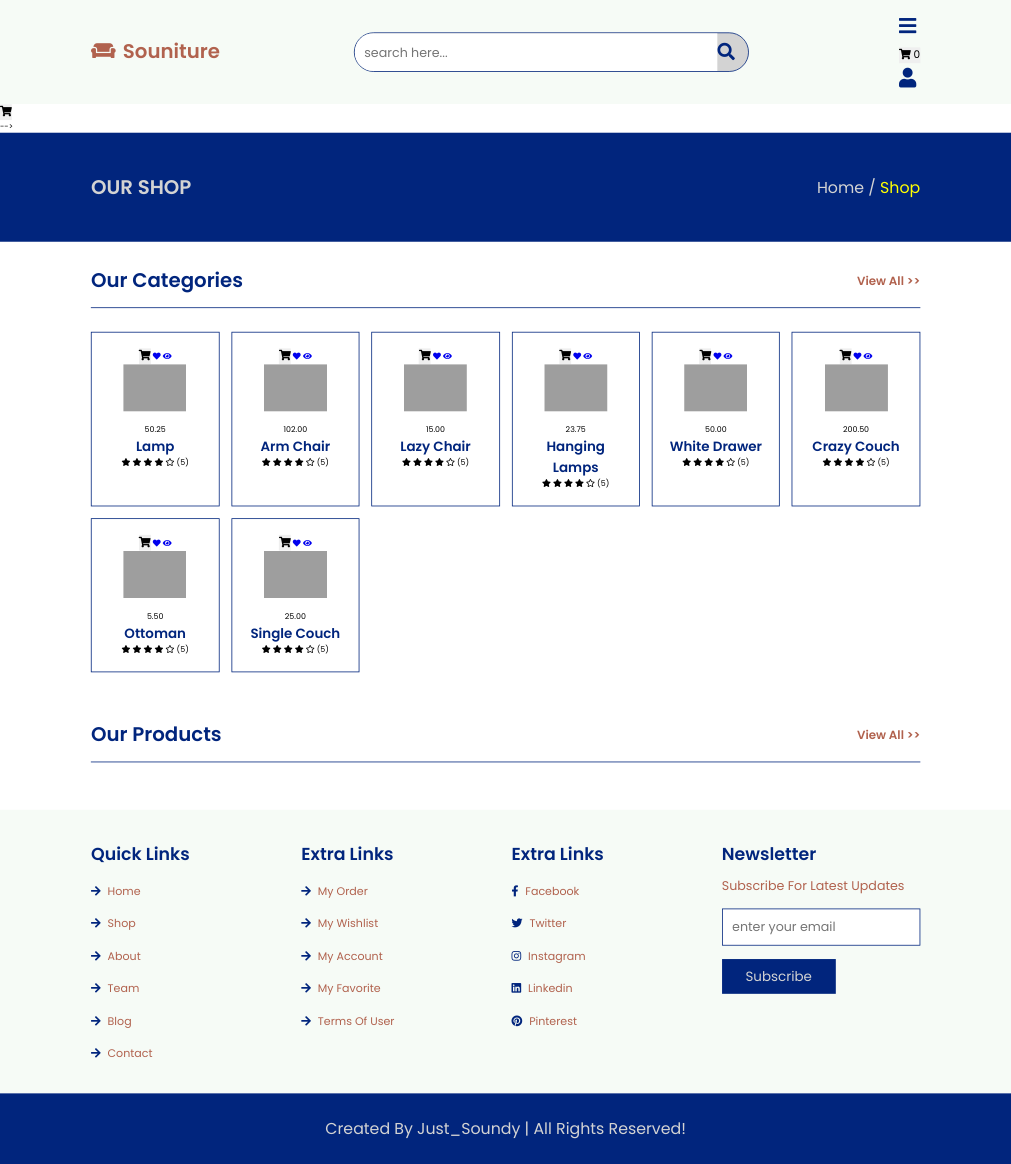
Repository: spencersoundy/furniture-store
Page: shop.html
The author's editor kept a copy of each file at every save. The page is drawn from the files as they stood at one save, then again after a run of saves.
The browser window is 1280 px wide. The pictures show the whole page, at 79% of full size.
Pictures or frames that could not be fetched are drawn as grey boxes.

Above is the page before, as saved 2023-05-02 15:50:33.
Console error: TypeError: Cannot read properties of null (reading 'addEventListener')

### shop.html
<!DOCTYPE html>
<html lang="en">
<head>
    <meta charset="UTF-8">
    <meta http-equiv="X-UA-Compatible" content="IE=edge">
    <meta name="viewport" content="width=device-width, initial-scale=1.0">
    <title>shop</title>

    <!-- font awesome cdn link  -->
    <link rel="stylesheet" href="https://cdnjs.cloudflare.com/ajax/libs/font-awesome/5.15.4/css/all.min.css">

    <!-- custom css file link  -->
    <link rel="stylesheet" href="css/style.css">

</head>
<body>

<!-- header section starts  -->

<header class="header">

    <a href="home.html" class="logo"> <i class="fas fa-couch"></i> Souniture </a>

    <form action="" class="search-form">
        <input type="search" placeholder="search here..." id="search-box">
        <label for="search-box" class="fas fa-search"></label>
    </form>

    <div class="icons">
        <div id="menu-btn" class="fas fa-bars"></div>
        <div id="search-btn" class="fas fa-search"></div>
        <div class = "cart">
            <button type = "button" id = "cart-btn">
              <i class = "fas fa-shopping-cart"></i>
              <span id = "cart-count-info"></span>
            </button></div>

        <div id="login-btn" class="fas fa-user"></div>
    </div>

</header>

<!-- header section ends  -->

<!-- closer btn  -->

<div id="closer" class="fas fa-times"></div>

<!-- navbar  -->

<nav class="navbar">
    <a href="home.html">home</a>
    <a href="shop.html">shop</a>
    <a href="about.html">about</a>
    <a href="team.html">team</a>
    <a href="blog.html">blog</a>
    <a href="contact.html">contact</a>
</nav>

<!-- shopping cart  -->
<div class = "cart">
    <button type = "button" id = "cart-btn">
      <i class = "fas fa-shopping-cart"></i>
      <span id = "cart-count-info"></span>
    </button></div>

<div class="shopping-cart">
    <div class="cart-list">

    <div class="box">
        <i class="fas fa-times"></i>
        <img src="image/cart-img-1.jpg" alt="">
        <div class="content">
            <h3>morden furniture</h3>
            <span class="quantity"> 1 </span>
            <span class="multiply"> x </span>
            <span class="price"> $140.00 </span>
        </div>
    </div>
    </div>

        <div>
            <h3 class="cart-total">Total:R</h3>
            <span id="cart-total-value"></span>
            </div>
    <a href="#" class="btn">checkout cart</a>

</div> -->

<!-- login form  -->

<div class="login-form">

    <form action="">
        <h3>login form</h3>
        <input type="email" placeholder="enter your email" class="box">
        <input type="password" placeholder="enter your password" class="box">
        <div class="remember">
            <input type="checkbox" name="" id="remember-me">
            <label for="remember-me">remember me</label>
        </div>
        <input type="submit" value="login now" class="btn">
        <p>forget password? <a href="#">click here</a></p>
        <p>don't have an account? <a href="#">create now</a></p>
    </form>

</div>

<section class="heading">
    <h3>our shop</h3>
    <p> <a href="home.html">home</a> / <span>shop</span> </p>
</section>

<section class="category">

    <h1 class="title"> <span>our categories</span> <a href="#">view all >></a> </h1>

    <div class="box-container">

        <a href="#" class="box">
            <img src="image/icon-1.png" alt="">
            <h3>house sofa</h3>
        </a>

        <a href="#" class="box">
            <img src="image/icon-2.png" alt="">
            <h3>working table</h3>
        </a>

        <a href="#" class="box">
            <img src="image/icon-3.png" alt="">
            <h3>corner table</h3>
        </a>

        <a href="#" class="box">
            <img src="image/icon-4.png" alt="">
            <h3>office chair</h3>
        </a>

        <a href="#" class="box">
            <img src="image/icon-5.png" alt="">
            <h3>new wardrobe</h3>
        </a>

    </div>

</section>

<section class="products">

    <h1 class="title"> <span>our products</span> <a href="#">view all >></a> </h1>

    <div class="box-container">

        <!-- <div class="box">
            <div class="icons">
                <a href="#" class="fas fa-shopping-cart"></a>
                <a href="#" class="fas fa-heart"></a>
                <a href="#" class="fas fa-eye"></a>
            </div>
            <div class="image">
                <img src="image/product-1.jpg" alt="">
            </div>
            <div class="content">
                <div class="price">R2380.00</div>
                <h3>modern furniture</h3>
                <div class="stars">
                    <i class="fas fa-star"></i>
                    <i class="fas fa-star"></i>
                    <i class="fas fa-star"></i>
                    <i class="fas fa-star"></i>
                    <i class="far fa-star"></i>
                    <span> (50) </span>
                </div>
            </div>
        </div>

        <div class="box">
            <div class="icons">
                <a href="#" class="fas fa-shopping-cart"></a>
                <a href="#" class="fas fa-heart"></a>
                <a href="#" class="fas fa-eye"></a>
            </div>
            <div class="image">
                <img src="image/product-2.jpg" alt="">
            </div>
            <div class="content">
                <div class="price">R2380.00</div>
                <h3>modern furniture</h3>
                <div class="stars">
                    <i class="fas fa-star"></i>
                    <i class="fas fa-star"></i>
                    <i class="fas fa-star"></i>
                    <i class="fas fa-star"></i>
                    <i class="far fa-star"></i>
                    <span> (50) </span>
                </div>
            </div>
        </div>

        <div class="box">
            <div class="icons">
                <a href="#" class="fas fa-shopping-cart"></a>
                <a href="#" class="fas fa-heart"></a>
                <a href="#" class="fas fa-eye"></a>
            </div>
            <div class="image">
                <img src="image/product-3.jpg" alt="">
            </div>
            <div class="content">
                <div class="price">R2380.00</div>
                <h3>modern furniture</h3>
                <div class="stars">
                    <i class="fas fa-star"></i>
                    <i class="fas fa-star"></i>
                    <i class="fas fa-star"></i>
                    <i class="fas fa-star"></i>
                    <i class="far fa-star"></i>
                    <span> (50) </span>
                </div>
            </div>
        </div>

        <div class="box">
            <div class="icons">
                <a href="#" class="fas fa-shopping-cart"></a>
                <a href="#" class="fas fa-heart"></a>
                <a href="#" class="fas fa-eye"></a>
            </div>
            <div class="image">
                <img src="image/product-4.jpg" alt="">
            </div>
            <div class="content">
                <div class="price">R2380.00</div>
                <h3>modern furniture</h3>
                <div class="stars">
                    <i class="fas fa-star"></i>
                    <i class="fas fa-star"></i>
                    <i class="fas fa-star"></i>
                    <i class="fas fa-star"></i>
                    <i class="far fa-star"></i>
                    <span> (50) </span>
                </div>
            </div>
        </div>

        <div class="box">
            <div class="icons">
                <a href="#" class="fas fa-shopping-cart"></a>
                <a href="#" class="fas fa-heart"></a>
                <a href="#" class="fas fa-eye"></a>
            </div>
            <div class="image">
                <img src="image/product-5.jpg" alt="">
            </div>
            <div class="content">
                <div class="price">R2380.00</div>
                <h3>modern furniture</h3>
                <div class="stars">
                    <i class="fas fa-star"></i>
                    <i class="fas fa-star"></i>
                    <i class="fas fa-star"></i>
                    <i class="fas fa-star"></i>
                    <i class="far fa-star"></i>
                    <span> (50) </span>
                </div>
            </div>
        </div>

        <div class="box">
            <div class="icons">
                <a href="#" class="fas fa-shopping-cart"></a>
                <a href="#" class="fas fa-heart"></a>
                <a href="#" class="fas fa-eye"></a>
            </div>
            <div class="image">
                <img src="image/product-6.jpg" alt="">
            </div>
            <div class="content">
                <div class="price">R2380.00</div>
                <h3>modern furniture</h3>
                <div class="stars">
                    <i class="fas fa-star"></i>
                    <i class="fas fa-star"></i>
                    <i class="fas fa-star"></i>
                    <i class="fas fa-star"></i>
                    <i class="far fa-star"></i>
                    <span> (50) </span>
                </div>
            </div>
        </div>

        <div class="box">
            <div class="icons">
                <a href="#" class="fas fa-shopping-cart"></a>
                <a href="#" class="fas fa-heart"></a>
                <a href="#" class="fas fa-eye"></a>
            </div>
            <div class="image">
                <img src="image/product-7.jpg" alt="">
            </div>
            <div class="content">
                <div class="price">R2380.00</div>
                <h3>modern furniture</h3>
                <div class="stars">
                    <i class="fas fa-star"></i>
                    <i class="fas fa-star"></i>
                    <i class="fas fa-star"></i>
                    <i class="fas fa-star"></i>
                    <i class="far fa-star"></i>
                    <span> (50) </span>
                </div>
            </div>
        </div>

        <div class="box">
            <div class="icons">
                <a href="#" class="fas fa-shopping-cart"></a>
                <a href="#" class="fas fa-heart"></a>
                <a href="#" class="fas fa-eye"></a>
            </div>
            <div class="image">
                <img src="image/product-8.jpg" alt="">
            </div>
            <div class="content">
                <div class="price">R2380.00</div>
                <h3>modern furniture</h3>
                <div class="stars">
                    <i class="fas fa-star"></i>
                    <i class="fas fa-star"></i>
                    <i class="fas fa-star"></i>
                    <i class="fas fa-star"></i>
                    <i class="far fa-star"></i>
                    <span> (50) </span>
                </div>
            </div>
        </div>-->

    </div>

</section>




















<!-- footer section  -->

<section class="footer">

    <div class="box-container">

        <div class="box">
            <h3>quick links</h3>
            <a href="home.html"> <i class="fas fa-arrow-right"></i> home</a>
            <a href="shop.html"> <i class="fas fa-arrow-right"></i> shop</a>
            <a href="about.html"> <i class="fas fa-arrow-right"></i> about</a>
            <a href="team.html"> <i class="fas fa-arrow-right"></i> team</a>
            <a href="blog.html"> <i class="fas fa-arrow-right"></i> blog</a>
            <a href="contact.html"> <i class="fas fa-arrow-right"></i> contact</a>
        </div>

        <div class="box">
            <h3>extra links</h3>
            <a href="#"> <i class="fas fa-arrow-right"></i> my order</a>
            <a href="#"> <i class="fas fa-arrow-right"></i> my wishlist</a>
            <a href="#"> <i class="fas fa-arrow-right"></i> my account</a>
            <a href="#"> <i class="fas fa-arrow-right"></i> my favorite</a>
            <a href="#"> <i class="fas fa-arrow-right"></i> terms of user</a>
        </div>

        <div class="box">
            <h3>extra links</h3>
            <a href="#"> <i class="fab fa-facebook-f"></i> facebook</a>
            <a href="#"> <i class="fab fa-twitter"></i> twitter</a>
            <a href="#"> <i class="fab fa-instagram"></i> instagram</a>
            <a href="#"> <i class="fab fa-linkedin"></i> linkedin</a>
            <a href="#"> <i class="fab fa-pinterest"></i> pinterest</a>
        </div>

        <div class="box">
            <h3>newsletter</h3>
            <p>subscribe for latest updates</p>
            <form action="">
                <input type="email" name="" placeholder="enter your email" id="">
                <input type="submit" value="subscribe" class="btn">
            </form>
        </div>

    </div>

</section>

<section class="credit">
    created by Just_Soundy | all rights reserved!
</section>

<!-- custom js file link  -->
<script src="js/script.js"></script>

</body>
</html>

Loaded but not shown: furniture.json (51 lines, source omitted); js/script.js (242 lines, source omitted); css/style.css (1189 lines, source omitted)

After the next 2 saves:
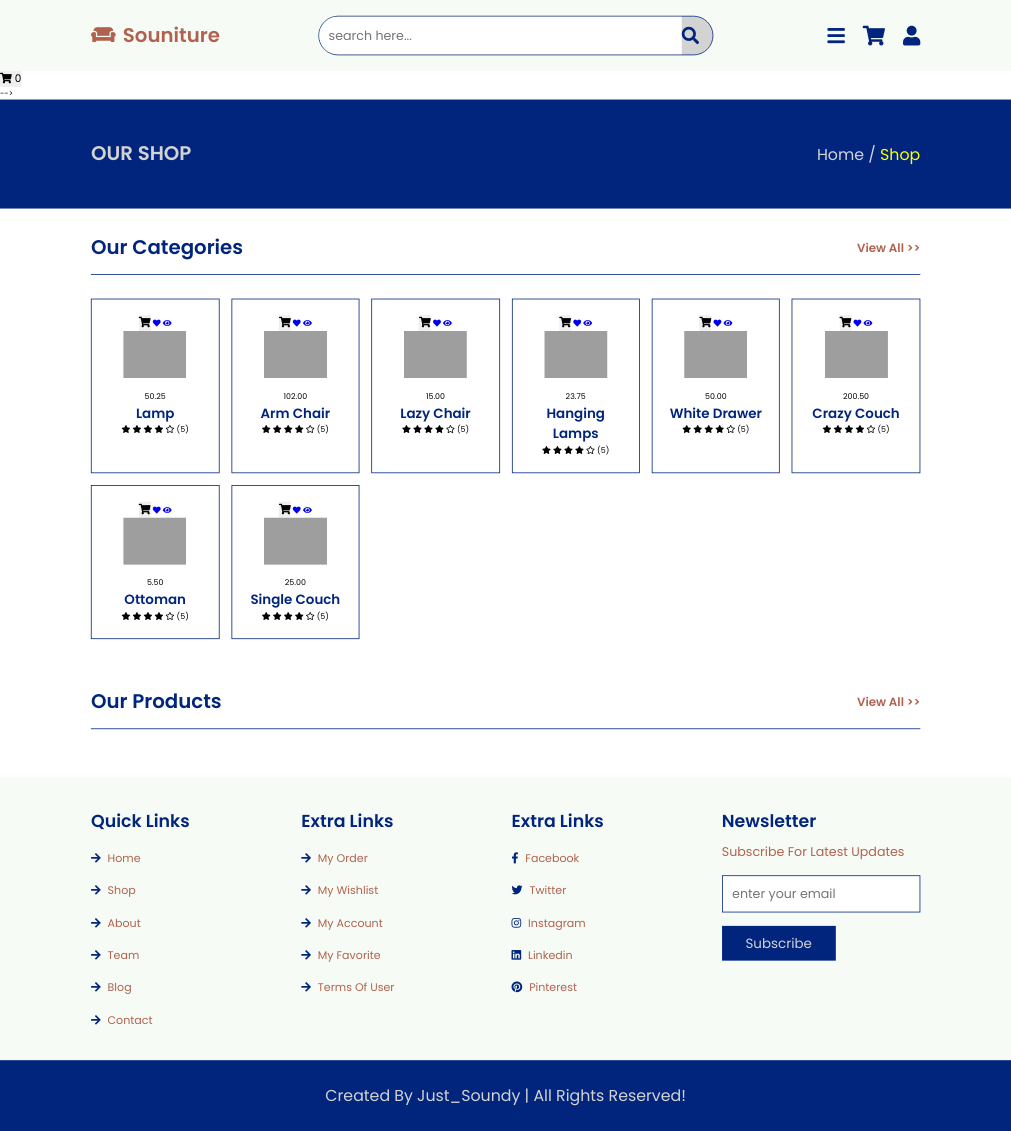
The 2 saves are shown as one change because they came seconds apart.
The last was saved 31 s later.
--- a/shop.html
+++ b/shop.html
@@ -29,12 +29,8 @@
     <div class="icons">
         <div id="menu-btn" class="fas fa-bars"></div>
         <div id="search-btn" class="fas fa-search"></div>
-        <div class = "cart">
-            <button type = "button" id = "cart-btn">
-              <i class = "fas fa-shopping-cart"></i>
-              <span id = "cart-count-info"></span>
-            </button></div>
-
+
+        <div id="cart-btn" class="fas fa-shopping-cart"></div>
         <div id="login-btn" class="fas fa-user"></div>
     </div>
 
